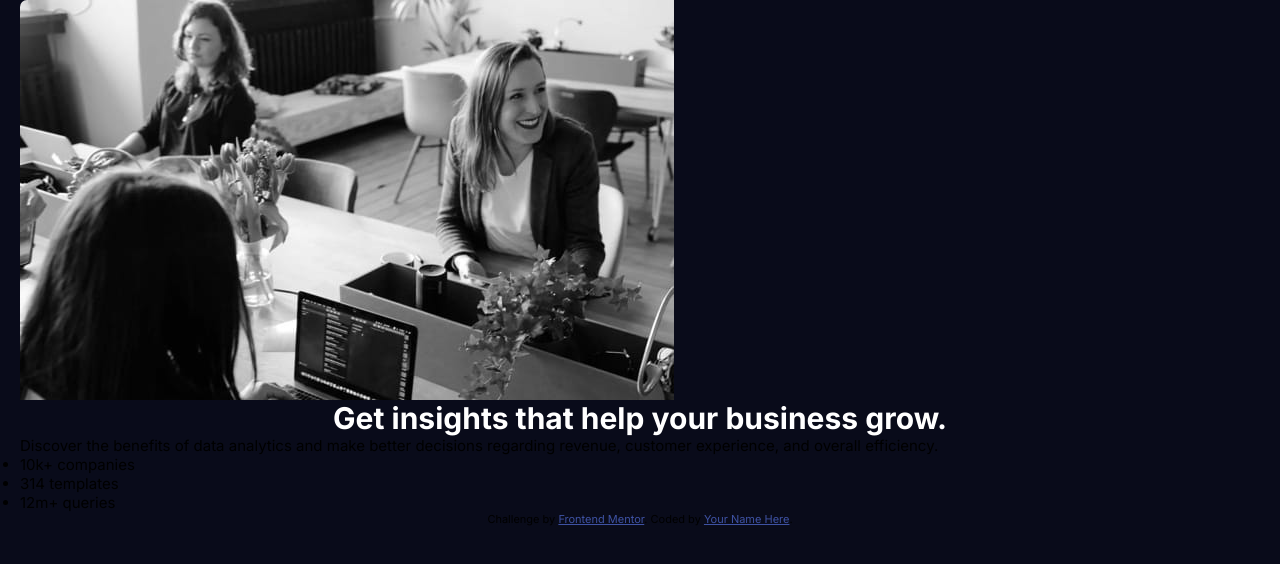
Repository: DejV44/stats-preview-card-component-main
Page: index.html
The author's editor kept a copy of each file at every save. The page is drawn from the files as they stood at one save, then again after the next save.
The browser window is 1280 px wide. The pictures show the whole page.
The style sheet was rebuilt from its Sass, Less or Tailwind sources for each picture, by a compiler version that may differ from the author's.

Above is the page before, as saved 2021-07-04 23:25:42.

### index.html
<!DOCTYPE html>
<html lang="en">
<head>
  <meta charset="UTF-8">
  <meta name="viewport" content="width=device-width, initial-scale=1.0"> <!-- displays site properly based on user's device -->

  <link rel="icon" type="image/png" sizes="32x32" href="./images/favicon-32x32.png">
  <link rel="stylesheet" href="/css/style.css">


  <title>Frontend Mentor | Stats preview card component</title>
</head>
<body>
  <div class="container">
    <div class="picture">
      <div class="overlay"></div>
    </div>
    <div class="card">
      <h1>Get insights that help your business grow.</h1>

      <p>Discover the benefits of data analytics and make better decisions regarding revenue, customer
      experience, and overall efficiency.</p>

      <ul>
        <li>10k+ companies</li>
        <li>314 templates</li>
        <li>12m+ queries</li>
      </ul>
    </div>
  </div>


  <div class="attribution">
    Challenge by <a href="https://www.frontendmentor.io?ref=challenge" target="_blank">Frontend Mentor</a>.
    Coded by <a href="#">Your Name Here</a>.
  </div>
</body>
</html>

### css/style.scss
$mainBackground: hsl(233, 47%, 7%);
$cardBackground: hsl(244, 38%, 16%);
$accent: hsl(277, 64%, 61%);

$mainHeading: hsl(0, 0%, 100%);
$mainParagraph: hsla(0, 0%, 100%, 0.75);
$statHeadings: hsla(0, 0%, 100%, 0.6);

@import url("https://fonts.googleapis.com/css2?family=Inter:wght@400;700&display=swap");

@import url("https://fonts.googleapis.com/css2?family=Lexend+Deca&display=swap");

* {
  margin: 0;
  padding: 0;
  box-sizing: border-box;
}

body {
  font-family: "Inter", sans-serif;
  font-size: 15px;
  background-color: $mainBackground;

  .container {

    margin: 0 20px;
    border-radius: 7px;
    .picture {
      border-radius: 7px 7px 0 0;
      background: url("/images/image-header-mobile.jpg") no-repeat, center/cover;
      height: 400px;
    }

    .card {
        h1 {
            color: $mainHeading;
            text-align: center;
        }
    }
  }

  .attribution {
    font-size: 11px;
    text-align: center;

    a {
      color: hsl(228, 45%, 44%);
    }
  }
}

After the next save:
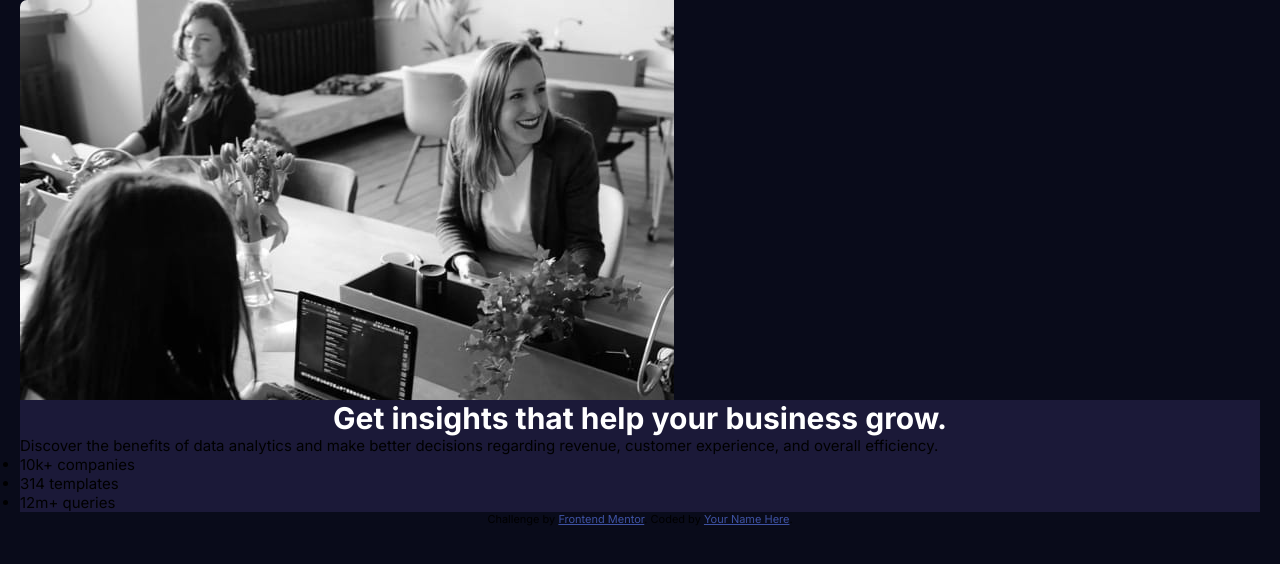
Saved 80 s later.
--- a/css/style.scss
+++ b/css/style.scss
@@ -22,7 +22,6 @@ body {
   background-color: $mainBackground;
 
   .container {
-
     margin: 0 20px;
     border-radius: 7px;
     .picture {
@@ -32,6 +31,7 @@ body {
     }
 
     .card {
+        background: $cardBackground;
         h1 {
             color: $mainHeading;
             text-align: center;
